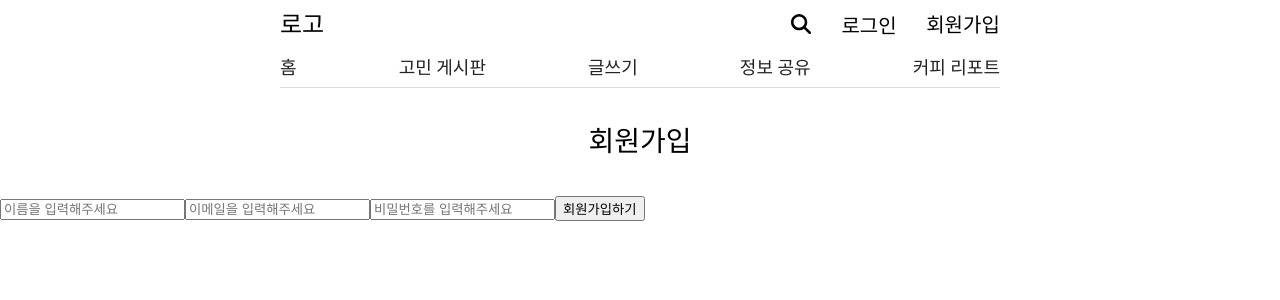
Repository: zlazlazla35/coffee
Page: /join
The author's editor kept a copy of each file at every save. The page is drawn from the files as they stood at one save, then again after the next save.
The browser window is 1280 px wide. The pictures show the whole page.
The page's requests for data from a server got no answer. Some web fonts or font styles are not loaded; a fallback is used. The project was rebuilt for these pictures with package versions that can differ from the ones it lists, and the page was loaded fresh each time. The framework's server and built-in components were replaced by stand-ins that run in the browser. No one was signed in, and anything a server would have sent is missing. Also part of the build but not shown: next.config.mjs, src/app/LogOutButton.js.

Above is the page before, as saved 2025-01-20 17:05:39.

After the next save:
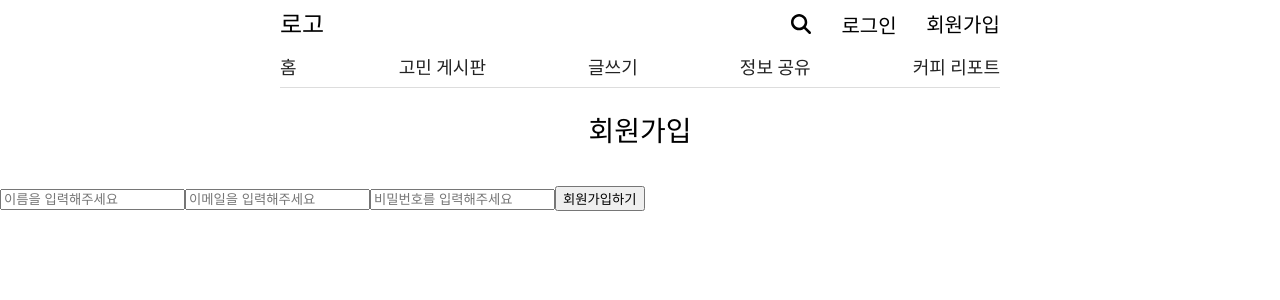
Saved 4 s later.
--- a/src/app/globals.css
+++ b/src/app/globals.css
@@ -173,6 +173,6 @@ select {font-family: 'NanumSquare', sans-serif !important; outline: none !import
 
 
 .join {width: 100%;}
-.join .title {font-size: 28px; width: 100%; text-align: center; margin: 40px 0;}
+.join .title {font-size: 28px; width: 100%; text-align: center; margin: 30px 0 40px;}
 
 #dbId {display: none;}
